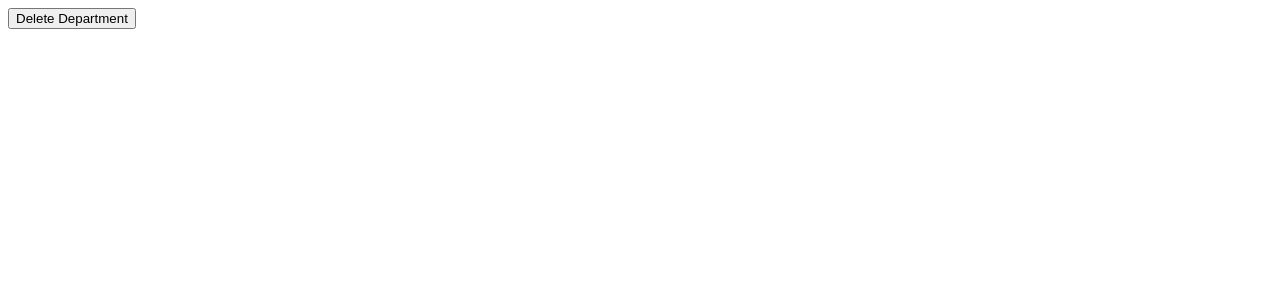
Repository: shubhamsingh331/Learners_Academy
Page: http://localhost/LearnersAcademy/Department/Delete.jsp
An editor plug-in stored every save of this project. The page is shown before and after the next save, followed by the edit.
The browser window is 1280 px wide. The pictures show the whole page.
The page is served by Tomcat 9. Other server files are loaded and not shown.

Above is the page before, as saved 2023-10-11 09:54:55.

### LearnersAcademy/src/main/webapp/Department/Delete.jsp
<%@ page language="java" contentType="text/html; charset=ISO-8859-1"
    pageEncoding="ISO-8859-1"%>
<!DOCTYPE html>
<html>
<head>
<meta charset="ISO-8859-1">
<title>Insert title here</title>
</head>
<body>
<form action="DeleteController.jsp" method="post">
<input type="hidden" name="dept" value="<%=request.getParameter("dept")%>">
<input type="submit" value="Delete Department">
</form>
</body>
</html>

After the next save:
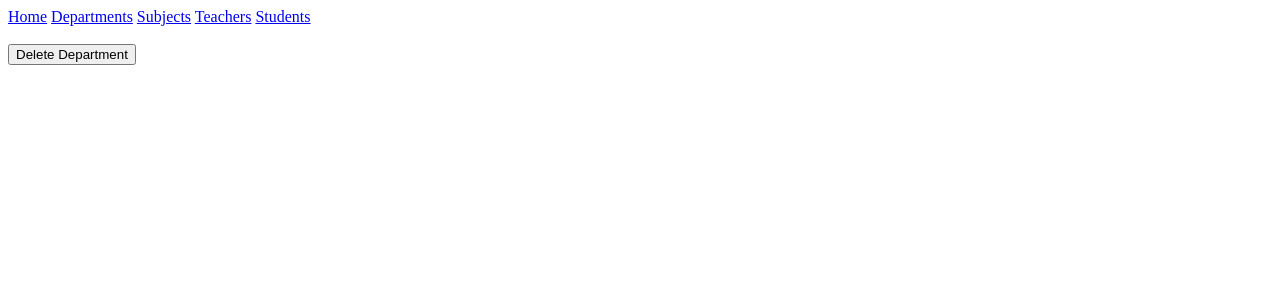
Saved 10 s later.
--- a/LearnersAcademy/src/main/webapp/Department/Delete.jsp
+++ b/LearnersAcademy/src/main/webapp/Department/Delete.jsp
@@ -7,6 +7,13 @@
 <title>Insert title here</title>
 </head>
 <body>
+<div class="topnav">
+  <a class="active" href="../Homepage.jsp">Home</a>
+  <a href="Department.jsp">Departments</a>
+  <a href="../Subjects/Subject.jsp">Subjects</a>
+  <a href="../Teachers/Teachers.jsp">Teachers</a>
+  <a href="../Students/Students.jsp">Students</a>
+</div><br>
 <form action="DeleteController.jsp" method="post">
 <input type="hidden" name="dept" value="<%=request.getParameter("dept")%>">
 <input type="submit" value="Delete Department">
